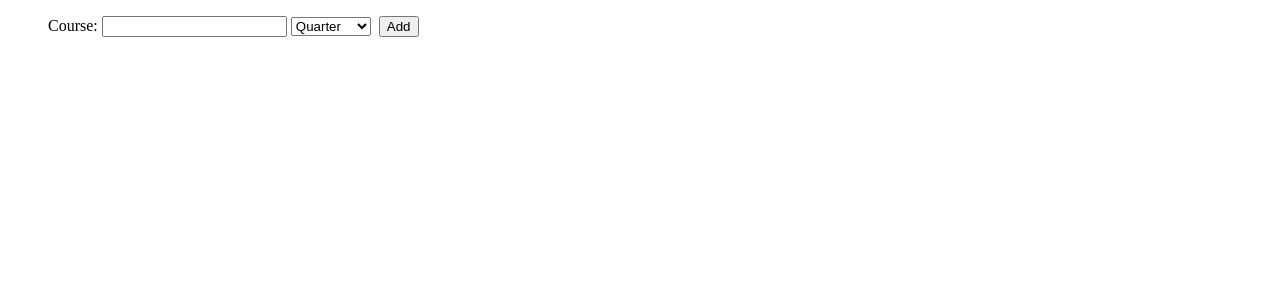
Repository: parthp2/CS3220_Spring_2017
Page: http://localhost/Final/AddCourse
An editor plug-in stored every save of this project. The page is shown before and after the next save, followed by the edit.
The browser window is 1280 px wide. The pictures show the whole page.
The page is served by Tomcat 9.

Above is the page before, as saved 2017-05-18 03:28:31.

After the next save:
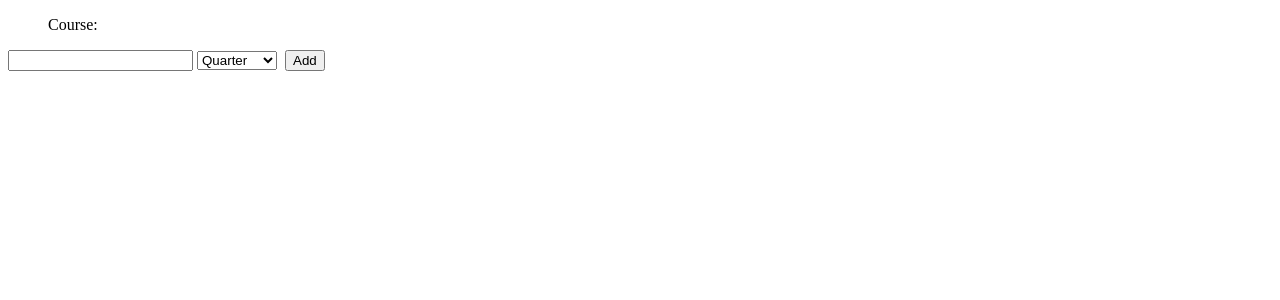
Saved 3 min 28 s later.
--- a/Final/WebContent/WEB-INF/AddCourse.jsp
+++ b/Final/WebContent/WEB-INF/AddCourse.jsp
@@ -6,6 +6,8 @@
 </head>
 <body>
 <p style="clear: both; margin-left: 40px;">Course:
+
+<form action="AddCourse" method="post">
 
 <input name="name" type="text" />
 <select name="type">
